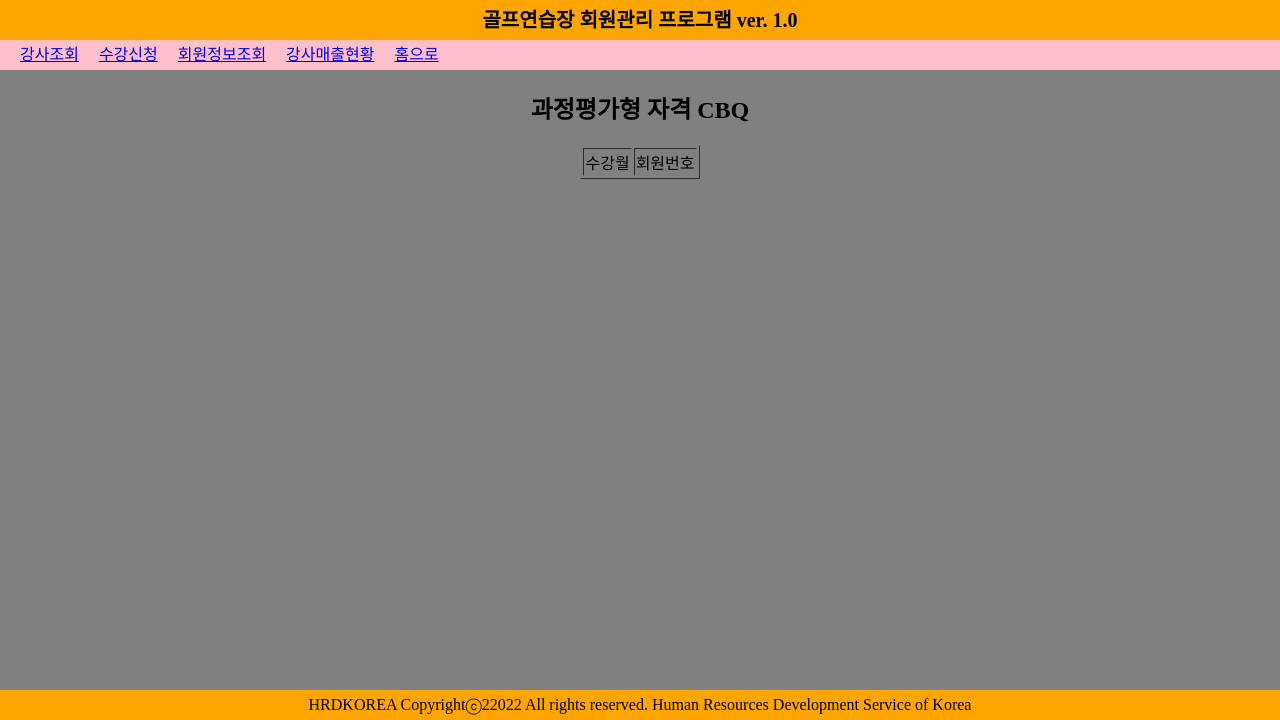
Repository: leesuyeon116/HRD_3
Page: http://localhost/HRD_0505/mlist.jsp
The author's editor kept a copy of each file at every save. The page is drawn from the files as they stood at one save, then again after the next save.
The browser window is 1280 px wide. The pictures show the whole page.
The page is served by Tomcat 9.

Above is the page before, as saved 2024-05-05 10:06:52.

### workspace/HRD_0505/src/main/webapp/mlist.jsp
<%@ page language="java" contentType="text/html; charset=UTF-8"
    pageEncoding="UTF-8"%>
<!DOCTYPE html>
<html>
<head>
<meta charset="UTF-8">
<title>mlist</title>
</head>
<body>
<jsp:include page="header.jsp"></jsp:include>
<section style="position: fixed; top: 70px; left: 0px; width: 100%; height: 100%; background-color: gray">
<h2 style="text-align: center">과정평가형 자격 CBQ</h2>
	<form style="display: flex; align-items: center; justify-content: center; text-align: center">
		<table border="1">
			<tr>
				<td>수강월</td>
				<td>회원번호</td>
			</tr>
		</table>
	</form>
</section>
<jsp:include page="footer.jsp"></jsp:include>
</body>
</html>

### workspace/HRD_0505/src/main/webapp/header.jsp
<%@ page language="java" contentType="text/html; charset=UTF-8"
    pageEncoding="UTF-8"%>
<!DOCTYPE html>
<html>
<head>
<meta charset="UTF-8">
<title>header</title>
</head>
<body>
<header style="position: fixed; top: 0px; left: 0px; width: 100%; height: 40px; line-height: 40px; background-color: orange;
	text-align: center; font-size: 20px">
<b>골프연습장 회원관리 프로그램 ver. 1.0</b>
</header>

<nav style="position: fixed; top: 40px; left: 0px; width: 100%; height: 30px; line-height: 30px; background-color: pink;
	padding-left: 20px">
	<a href="tlist.jsp">강사조회</a> &nbsp; &nbsp;
	<a href="insert.jsp">수강신청</a> &nbsp; &nbsp;
	<a href="mlist.jsp">회원정보조회</a> &nbsp; &nbsp;
	<a href="salary.jsp">강사매출현황</a> &nbsp; &nbsp;
	<a href="index.jsp">홈으로</a> &nbsp; &nbsp;
</nav>
</body>
</html>

### workspace/HRD_0505/src/main/webapp/footer.jsp
<%@ page language="java" contentType="text/html; charset=UTF-8"
    pageEncoding="UTF-8"%>
<!DOCTYPE html>
<html>
<head>
<meta charset="UTF-8">
<title>footer</title>
</head>
<body>
<footer style="position: fixed; bottom: 0px; left: 0px; width: 100%; height: 30px; line-height: 30px; background-color: orange;
	text-align: center">
	HRDKOREA Copyrightⓒ22022 All rights reserved. Human Resources Development Service of Korea
</footer>
</body>
</html>

After the next save:
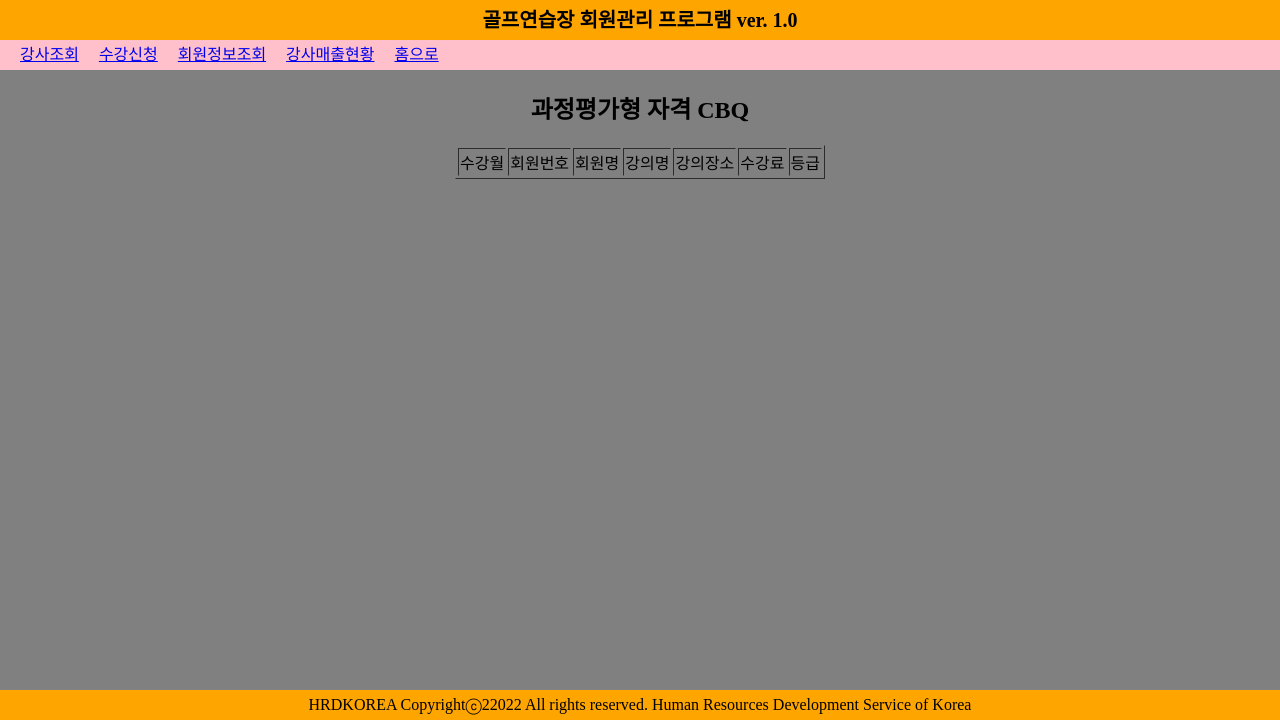
Saved 40 s later.
--- a/workspace/HRD_0505/src/main/webapp/mlist.jsp
+++ b/workspace/HRD_0505/src/main/webapp/mlist.jsp
@@ -15,6 +15,12 @@
 			<tr>
 				<td>수강월</td>
 				<td>회원번호</td>
+				<td>회원명</td>
+				<td>강의명</td>
+				<td>강의장소</td>
+				<td>수강료</td>
+				<td>등급</td>
+
 			</tr>
 		</table>
 	</form>
